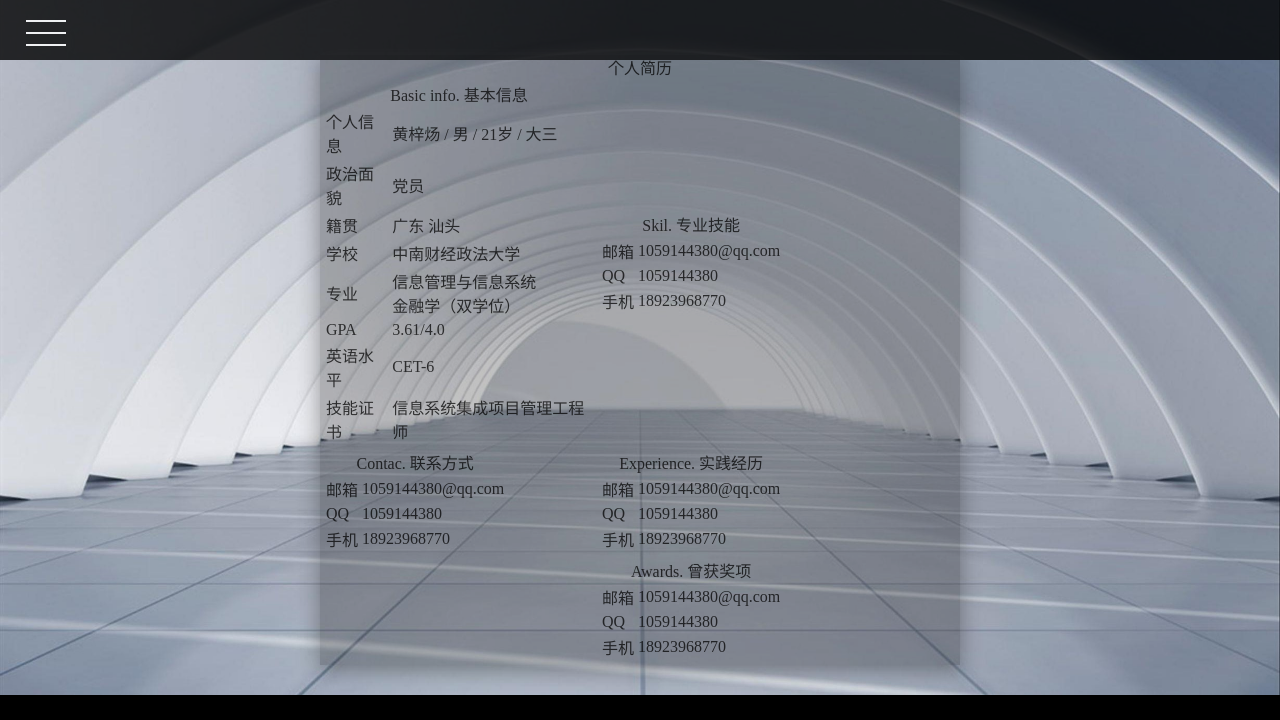
Repository: ustc-hzy/ziYang
Page: resume.html
These files come from the project's save history. The page is drawn as it stood at one moment and after the next save; the edit follows.
The browser window is 1280 px wide. The pictures show the whole page.

Above is the page before, as saved 2020-06-18 00:29:29.

### resume.html
<!DOCTYPE html>
<html lang="en">
<head>
    <meta charset="UTF-8">
    <meta name="viewport" content="width=device-width, initial-scale=1.0">
    <link rel="stylesheet" href="css/style.css" type="text/css">
    <link rel="stylesheet" href="css/resume.css" type="text/css">
    <title>个人简历</title>
</head>
<body>
    <header>
        <!-- 主体内容 -->
        <div class="inner">
            <!-- 用于控制菜单栏开关 -->
            <input type="checkbox" id="ham">
            <!-- 菜单栏icon -->
            <label for="ham">
                <div class="hamburger-container">
                    <span></span>
                    <span></span>
                    <span></span>
                </div>
            </label>
            <!-- 菜单栏各项 -->
            <nav>
                <ul>
                    <li><a href="index.html">网站首页</a></li>
                    <li><a href="resume.html">个人简历</a></li>
                    <li><a href="album.html">旅行相册</a></li>
                    <li><a href="asset.html">PS作品集</a></li>
                    <li><a href="episode.html">剧集收藏</a></li>
                </ul>
            </nav>
            <!-- 打开菜单栏的遮罩 -->
            <div class="mask"></div>
        </div>

        <div class="content-container">
            <table>
                <caption class="table-title">个人简历</caption>
                <tr>
                    <td class="left-column">
                        <table>
                            <caption class="small-table-title"><div>Basic info. 基本信息</div></caption>
                            <tr>
                                <td>个人信息</td>
                                <td>黄梓炀 / 男 / 21岁 / 大三</td>
                            </tr>
                            <tr>
                                <td>政治面貌</td>
                                <td>党员</td>
                            </tr>
                            <tr>
                                <td>籍贯</td>
                                <td>广东 汕头</td>
                            </tr>
                            <tr>
                                <td>学校</td>
                                <td>中南财经政法大学</td>
                            </tr>
                            <tr>
                                <td>专业</td>
                                <td>
                                    <div>信息管理与信息系统</div>
                                    <div>金融学（双学位）</div>
                                </td>
                            </tr>
                            <tr>
                                <td>GPA</td>
                                <td>3.61/4.0</td>
                            </tr>
                            <tr>
                                <td>英语水平</td>
                                <td>CET-6</td>
                            </tr>
                            <tr>
                                <td>技能证书</td>
                                <td>信息系统集成项目管理工程师</td>
                            </tr>
                        </table>
                    </td>
                    <td class="right-column">
                        <table>
                            <caption class="small-table-title"><div>Skil. 专业技能</div></caption>
                            <tr>
                                <td>邮箱</td>
                                <td>1059144380@qq.com</td>
                            </tr>
                            <tr>
                                <td>QQ</td>
                                <td>1059144380</td>
                            </tr>
                            <tr>
                                <td>手机</td>
                                <td>18923968770</td>
                            </tr>
                        </table>
                    </td>
                </tr>
                <tr>
                    <td class="left-column">
                        <table>
                            <caption class="small-table-title"><div>Contac. 联系方式</div></caption>
                            <tr>
                                <td>邮箱</td>
                                <td>1059144380@qq.com</td>
                            </tr>
                            <tr>
                                <td>QQ</td>
                                <td>1059144380</td>
                            </tr>
                            <tr>
                                <td>手机</td>
                                <td>18923968770</td>
                            </tr>
                        </table>
                    </td>
                    <td class="right-column">
                        <table class="small-table-title">
                            <caption><div>Experience. 实践经历</div></caption>
                            <tr>
                                <td>邮箱</td>
                                <td>1059144380@qq.com</td>
                            </tr>
                            <tr>
                                <td>QQ</td>
                                <td>1059144380</td>
                            </tr>
                            <tr>
                                <td>手机</td>
                                <td>18923968770</td>
                            </tr>
                        </table>
                    </td>
                </tr>
                <tr>
                    <td class="left-column"></td>
                    <td class="right-column">
                        <table class="small-table-title">
                            <caption><div>Awards. 曾获奖项</div></caption>
                            <tr>
                                <td>邮箱</td>
                                <td>1059144380@qq.com</td>
                            </tr>
                            <tr>
                                <td>QQ</td>
                                <td>1059144380</td>
                            </tr>
                            <tr>
                                <td>手机</td>
                                <td>18923968770</td>
                            </tr>
                        </table>
                    </td>
                </tr>
            </table>
        </div>
    </header>
</body>
</html>

### css/style.css
body {
    height: 100%;
    width: 100%;
    margin: 0 auto;
    padding: 0 0 ;
    background-color: #000000;
    background-image: url(../img/user_bg.jpg);
    background-repeat: no-repeat;
    background-size: cover;
    overflow: auto;
}
header{
    height: 60px;
    background-color: #000000;
    opacity: 0.8;
}
.inner{
    width: 96%;
    margin: auto;
}
#ham{
    display: none;
}
/* 当chexkbox选中时，改变第一条线 */
#ham:checked + label .hamburger-container span:nth-child(1){
    transform: rotate(45deg);
    top: 11px;
    transition: transform .3s ease-in-out, top .3s ease-in-out 3s;
}
/* 当chexkbox选中时，第二条线消失 */
#ham:checked + label .hamburger-container span:nth-child(2){
    opacity: 0;
}
/* 当chexkbox选中时，改变第三条线 */
#ham:checked + label .hamburger-container span:nth-child(3){
    transform: rotate(-45deg);
    top: -11px;
    transition: transform .3s ease-in-out, top .3s ease-in-out 3s;
}
.hamburger-container span:nth-child(2){
    margin-top: 10px;
    transition: opacity .1s ease-in-out .1s;
}
.hamburger-container span:nth-child(3){
    margin-top: 10px;
}
.hamburger-container{
    display: block;
    width: 40px;
    height: 40px;
    position: relative;
    top: 20px;
    z-index: 100;
}
.hamburger-container span{
    display: block;
    height: 2px;
    background-color: #fff;
    position: relative;
    transition: transform .3s ease-in-out, top .3s ease-in-out .3s;
}
nav{
    position: absolute;
    z-index: 100;
    color: #fff;
    top: 50px;
    transform: scaleY(0); /* 垂直方向缩小到0，即关闭 */
    transition: all .3s ease-in-out;
    transform-origin: 50% 0; /* 将中心点移到顶部 */
    opacity: 0; /* 渐入渐出效果 */
}
/* 当chexkbox选中时，展示nav */
#ham:checked ~ nav{
    transform: scaleY(1); /* 垂直方向扩大到1，即打开 */
    opacity: 1;
    transition: all .3s ease-in-out;
}
.mask {
    width: 100vw;
    height: 100vh;
    position: fixed;
    top: 0;
    left: 0;
    background: #000000;
    opacity: 0;
    z-index: 10; /* 防止遮住要显示的部分 */
    transform: scaleY(0);
    transform-origin: 50% 0;
    transition: all .3s ease-in-out;
}
#ham:checked ~ .mask{
    opacity: 1;
    transform: scaleY(1);
    transition: all .3s ease-in-out;
}
ul{
    position: relative;
    right: 40px;
    margin-top: 2em;
    list-style-type:none;
    font-size: 35px;
}
ul li{
    margin-top: 1em;
}
ul li:hover{
    transform: scale(1.2, 1.2); /* transform从元素中心开始变化，不会影响到其他元素 */
    /* background-color:  rgba(255,255,255,0.1);
    padding: 10px 20px; */
}
.content-container{
    position: absolute;
    top: 50%;
    left: 50%;
    transform: translate(-50%,-50%);
    z-index: 1;
    background-color: rgba(0,0,0,0.3); /* 此处使用opacity会让文字也变透明 */
    box-shadow: 0 5px 20px rgba(26,26,26,0.5);
}
.mid-name{
    color: #fff;
    font-size: 50px;
    border: 8px solid #fff;
    padding: 40px;
    text-align: center;
}
.mid-name .id{
    margin-top: 10px;
    font-size: 40px;
}
a{
    text-decoration: none;
    color: #ffffff;
}

### css/resume.css
.table-title{
    color: #000000;
}
.left-column{
    width: 400px;
}
.right-column{
    width: 600px;
}

After the next save:
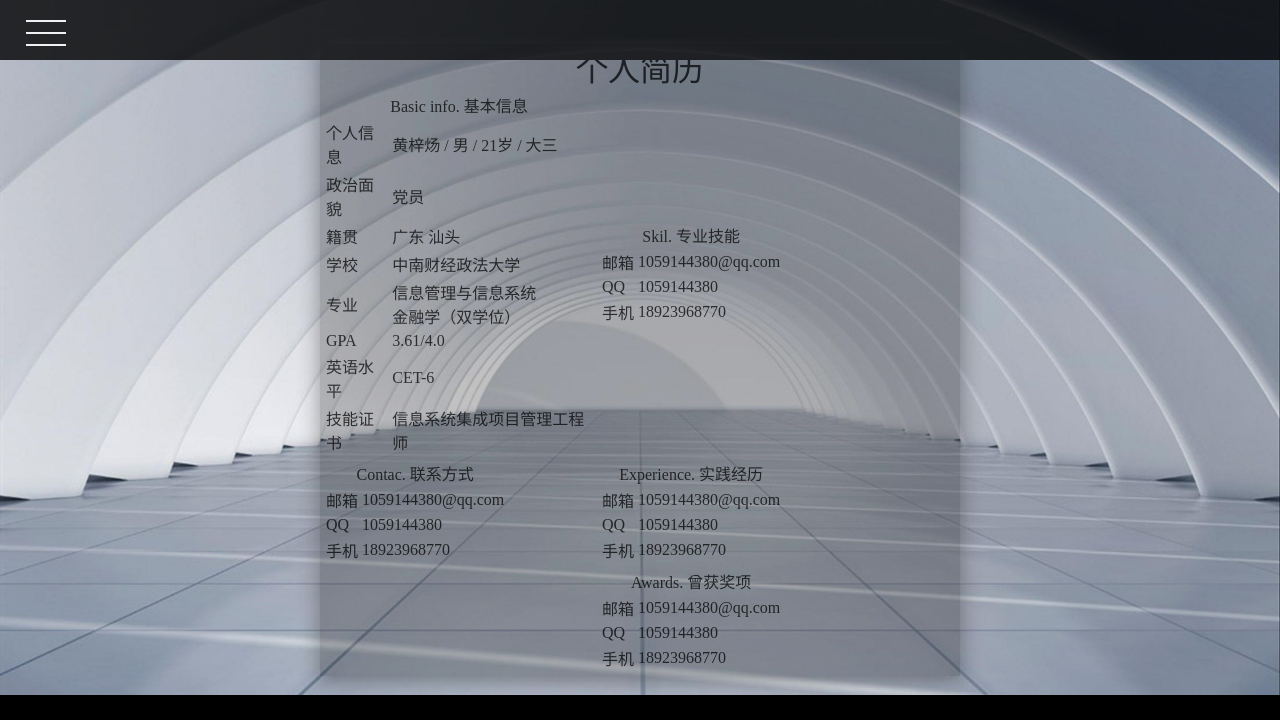
Saved 11 s later.
--- a/css/resume.css
+++ b/css/resume.css
@@ -1,5 +1,6 @@
 .table-title{
     color: #000000;
+    font-size: 32px;
 }
 .left-column{
     width: 400px;
